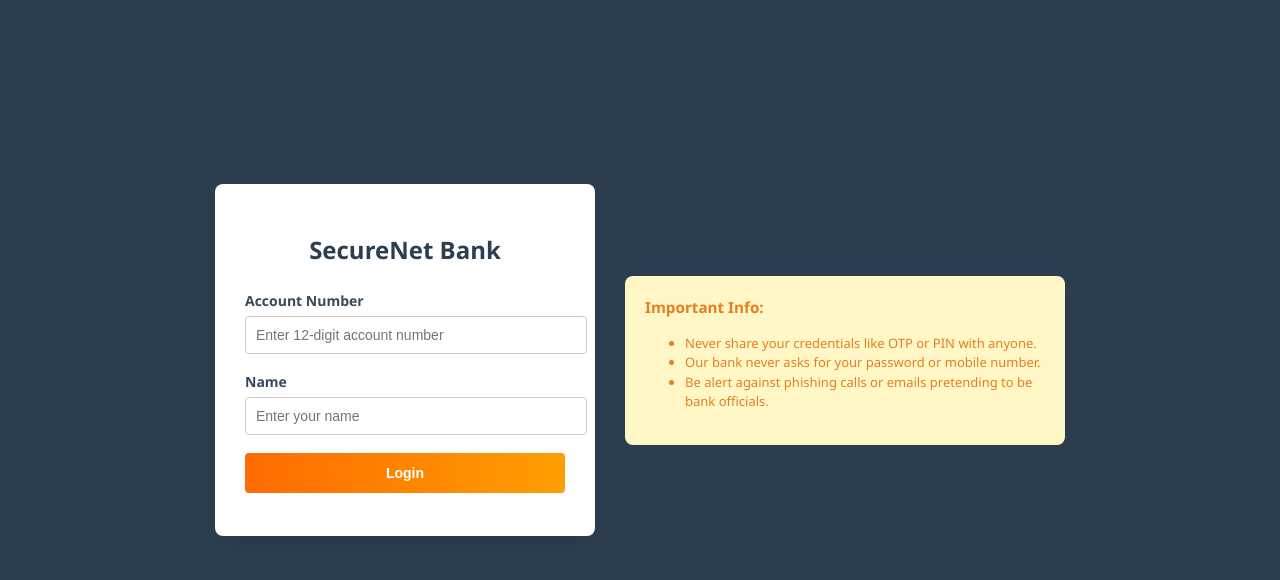
Repository: atharvthonge/Bank-Management-System
Page: http://localhost/login
An editor plug-in stored every save of this project. The page is shown before and after the next save, followed by the edit.
The browser window is 1280 px wide. The pictures show the whole page.
The page is this project's Thymeleaf template; nobody is signed in. The template is opened directly, without the code that normally fills it, so the values that code supplies are empty.

Above is the page before, as saved 2025-08-22 11:52:22.

After the next save:
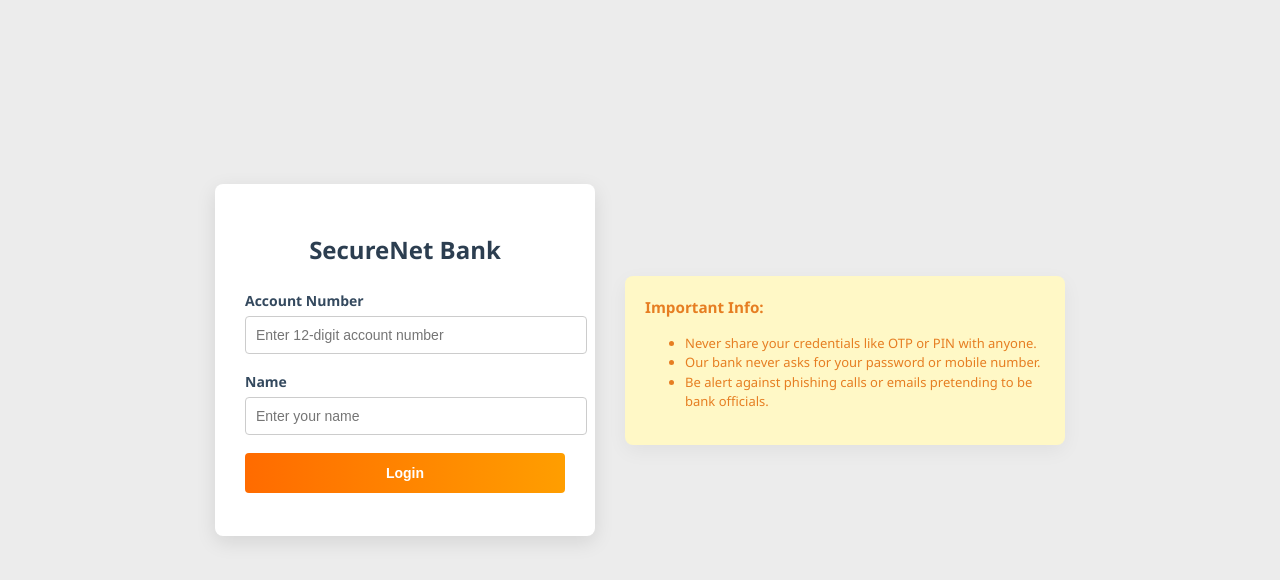
Saved 47 s later.
--- a/com.securenetbank/src/main/resources/templates/login.html
+++ b/com.securenetbank/src/main/resources/templates/login.html
@@ -6,7 +6,7 @@
         body {
             margin: 0;
             font-family: 'Segoe UI', Tahoma, Geneva, Verdana, sans-serif;
-  background-color: #2c3e50; /* dark slate/charcoal */
+  background-color: #ececec; /* soft neutral gray */
         }
 
         .container {
